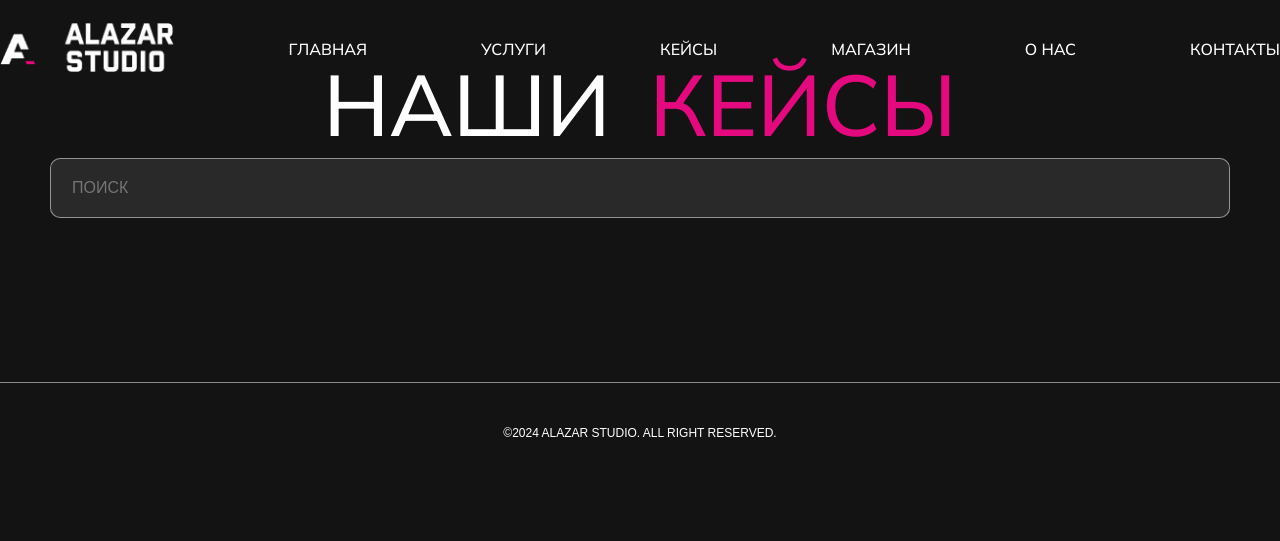
Repository: AlazarStudio/alazar_studio
Page: /cases
An editor plug-in stored every save of this project. The page is shown before and after a run of saves, followed by the edit.
The browser window is 1280 px wide. The pictures show the whole page.
The page's requests for data from a server got no answer. The project was rebuilt for these pictures with package versions that can differ from the ones it lists, and the page was loaded fresh each time. No one was signed in, and anything a server would have sent is missing. Also part of the build but not shown: vite.config.js, src/Components/Pages/Non_Found_Page.jsx, src/Components/Standart/CenterBlock/CenterBlock.module.css, src/Components/Standart/CenterBlock/CenterBlock.jsx, src/Components/Standart/WidthBlock/WidthBlock.module.css, src/Components/Standart/WidthBlock/WidthBlock.jsx, src/Components/Pages/HomePage/HomePage.module.css, src/Components/Pages/HomePage/HomePage.jsx and 13 more.

Above is the page before, as saved 2025-05-06 16:40:37.

After the next 2 saves:
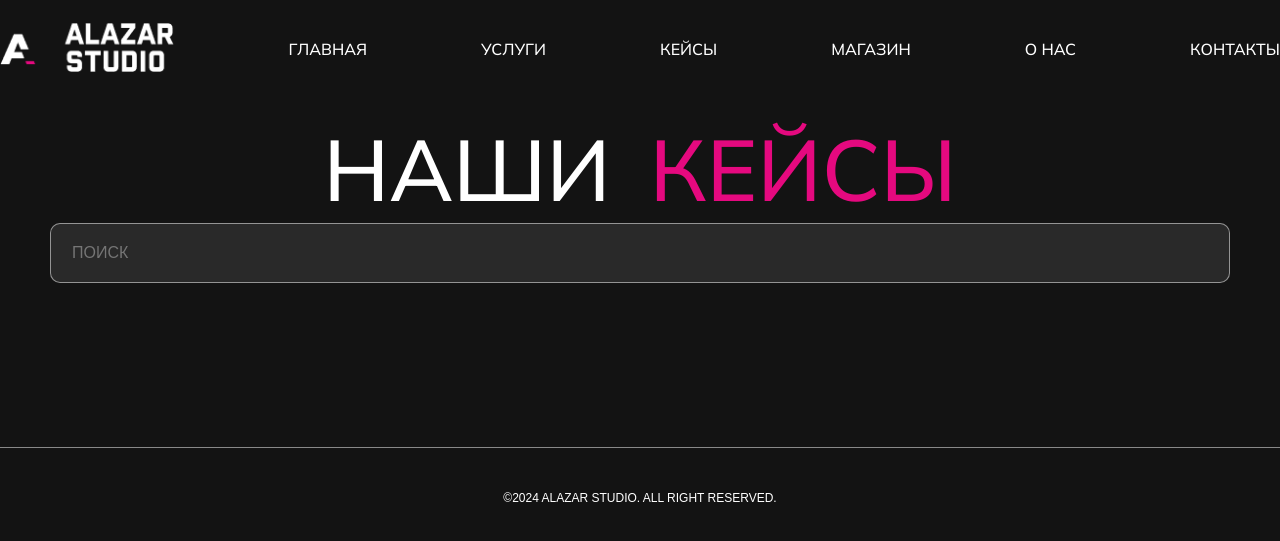
The 2 saves are shown as one change because they came seconds apart.
The last was saved 28 s later.
--- a/src/Components/Pages/CasesPage/CasesPage.module.css
+++ b/src/Components/Pages/CasesPage/CasesPage.module.css
@@ -95,7 +95,8 @@
 
   .containerCase {
     max-width: 1280px;
-    margin-top: 50px;
+    margin-top: 115px;
+
   }
 
   .containerCaseTop {
